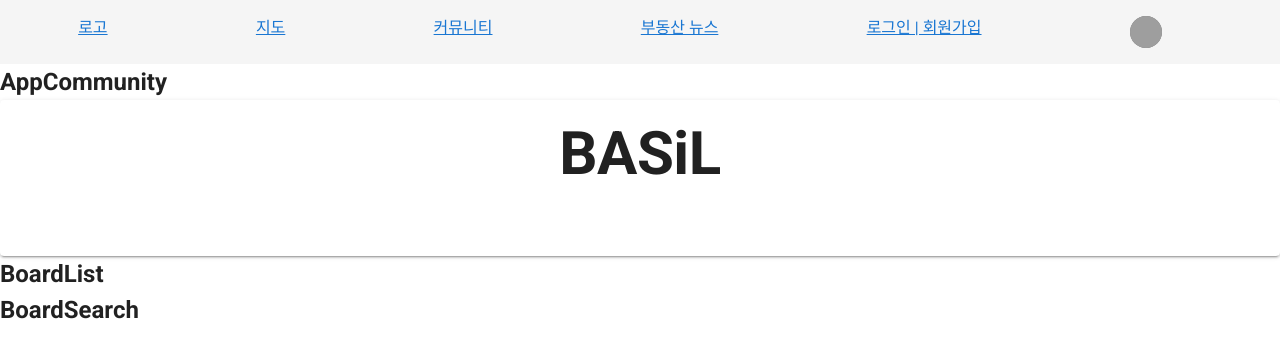
Repository: misso88/vue-whereIsMyHome
Page: /community
These files come from the project's save history. The page is drawn as it stood at one moment and after the next save; the edit follows.
The browser window is 1280 px wide. The pictures show the whole page.
The project was rebuilt for these pictures with package versions that can differ from the ones it lists, and the page was loaded fresh each time. Also part of the build but not shown: vue.config.js, src/views/AppMain.vue, src/components/house/sidebar/HouseListItem.vue, src/components/house/sidebar/HouseList.vue, src/components/house/sidebar/HouseListFilter.vue, src/components/house/sidebar/HouseSidebar.vue, src/components/house/map/HouseMapFilter.vue, src/components/house/map/HouseMap.vue and 2 more.

Above is the page before, as saved 2022-11-16 10:35:57.

### public/index.html
<!DOCTYPE html>
<html lang="en">
  <head>
    <meta charset="utf-8" />
    <meta http-equiv="X-UA-Compatible" content="IE=edge" />
    <meta name="viewport" content="width=device-width,initial-scale=1.0" />
    <link rel="icon" href="<%= BASE_URL %>favicon.ico" />
    <title><%= htmlWebpackPlugin.options.title %></title>
    <link
      rel="stylesheet"
      href="https://fonts.googleapis.com/css?family=Roboto:100,300,400,500,700,900"
    />
    <link
      rel="stylesheet"
      href="https://cdn.jsdelivr.net/npm/@mdi/font@latest/css/materialdesignicons.min.css"
    />
    <link
      rel="stylesheet"
      href="https://fonts.googleapis.com/css?family=Roboto:100,300,400,500,700,900"
    />
    <link
      rel="stylesheet"
      href="https://cdn.jsdelivr.net/npm/@mdi/font@latest/css/materialdesignicons.min.css"
    />
    <!-- <style>
      html{
        overflow-y: hidden !important;
      }
    </style> -->
  </head>
  <body>
    <noscript>
      <strong
        >We're sorry but <%= htmlWebpackPlugin.options.title %> doesn't work properly without
        JavaScript enabled. Please enable it to continue.</strong
      >
    </noscript>
    <div id="app"></div>
    <!-- built files will be auto injected -->
  </body>
</html>

### src/App.vue
<template>
  <v-app>
    <v-app-bar app elevation="0" absolute clipped-left>
      <the-header></the-header>
    </v-app-bar>
    <v-main>
      <router-view></router-view>
    </v-main>
  </v-app>
</template>

<script>
import TheHeader from "@/components/layout/TheHeader";

export default {
  name: "App",
  components: {
    TheHeader,
  },
};
</script>

### src/router/index.js
import Vue from 'vue'
import VueRouter from 'vue-router'

import AppMain from '@/views/AppMain'
import AppHouse from '@/views/AppHouse'
// import AppCommunity from '@/views/AppCommunity'
import AppNews from '@/views/AppNews'
// import AppMember from '@/views/AppMember'


Vue.use(VueRouter)

const routes = [
  {
    path: '/',
    name: 'main',
    component: AppMain
  },
  {
    path: '/map',
    name: 'map',
    component: AppHouse
  },
  {
    path: '/community',
    name: 'community',
    component: () => import("@/views/AppCommunity"),
    redirect: "/community/list",
    children: [
      {
        path: "list",
        name: "boardlist",
        component: () => import("@/components/board/BoardList")
      },
    ]
  },
  {
    path: '/news',
    name: 'news',
    component: AppNews
  },
  {
    path: '/member',
    name: 'member',
    component: () => import("@/views/AppMember"),
    children: [
      {
        path: "login",
        name: "login",
        component: () => import("@/components/member/MemberLogin")
      },
      {
        path: "join",
        name: "join",
        component: () => import("@/components/member/MemberJoin")
      },
    ]
  },
  {
    path: "/profile",
    name: "profile",
    component: () => import("@/views/TempProfile"),
    children: [
      {
        path: "mypage",
        name: "mypage",
        component: () => import("@/components/profile/ProfileMypage")
      },
      {
        path: "wishlist",
        name: "wishlist",
        component: () => import("@/components/profile/ProfileWishlist")
      },
      {
        path: "notice",
        name: "notice",
        component: () => import("@/components/profile/ProfileNotice")
      },
      {
        path: "helpcenter",
        name: "helpcenter",
        component: () => import("@/components/profile/ProfileHelpcenter")
      },
    ]
  },
]

const router = new VueRouter({
  mode: 'history',
  base: process.env.BASE_URL,
  routes
})

export default router

### src/store/index.js
import Vue from 'vue'
import Vuex from 'vuex'
import createPersistedState from "vuex-persistedstate";

Vue.use(Vuex)

export default new Vuex.Store({
  state: {
    type: null,
  },
  getters: {
  },
  mutations: {
    SET_TYPE (state, type) {
      state.type = type;
    },
  },
  actions: {
  },
  modules: {},
  plugins: [
    createPersistedState({
      // 브라우저 종료시 제거하기 위해 localStorage가 아닌 sessionStorage로 변경. (default: localStorage)
      storage: sessionStorage,
    }),
  ],

})

### src/components/layout/TheHeader.vue
<template>
  <v-row  class="d-flex justify-space-around">
    <router-link
      v-for="item in header" :key="item.name"
      :to="{ name: item.name}" > {{ item.title }}</router-link>
    <!-- 프로필 -->
     <v-avatar
          class="mr-10"
          color="grey darken-1"
          size="32"
        >
      <v-menu offset-y>
      <template v-slot:activator="{ on, attrs }">
        <v-btn
          color="grey"
          v-bind="attrs"
          v-on="on"
        >
          <!-- 프로필 이미지 -->
        </v-btn>
      </template>
      <v-list>
        <v-list-item
          v-for="(item, index) in profile"
          :key="index"
        >
          <router-link :to="{ name: item.name}" > {{ item.title }}</router-link>
        </v-list-item>
      </v-list>
    </v-menu>
    </v-avatar>
  </v-row>
</template>

<script>
export default {
    name: "TheHeader",
    data() {
        return {
          header: [],
          profile: []
        };
    },
    created() {
      this.header = [
        {
          name: "main",
          title: "로고"
        },
        {
          name: "map",
          title: "지도"
        },
        {
          name: "community",
          title: "커뮤니티"
        },
        {
          name: "news",
          title: "부동산 뉴스"
        },
        {
          name: "login",
          title: "로그인 | 회원가입"
        },
      ],
      this.profile = [
        {
          name: "mypage",
          title: "내정보"
        },
        {
          name: "wishlist",
          title: "찜 목록"
        },
        {
          name: "notice",
          title: "공지사항"
        },
        {
          name: "helpcenter",
          title: "고객센터"
        },
        {
          name: "mypage",
          title: "로그아웃"
        },
      ]
    }
}
</script>

<style>

</style>

### src/views/AppCommunity.vue
<template>
  <div>
    <h2>AppCommunity</h2>
    <board-header></board-header>
    <router-view></router-view>
  </div>

</template>

<script>
import BoardHeader from "@/components/board/BoardHeader";

export default {
  name: "AppCommunity",
  components: {
    BoardHeader,
  },
};
</script>

<style>

</style>

### src/components/board/BoardList.vue
<template>
  <div>
    <h2>BoardList</h2>
    <board-search></board-search>
    <div>{{ type }}</div>
  </div>
</template>

<script>
import BoardSearch from "@/components/board/BoardSearch";
export default {
    name: "BoardList",
    data() {
        return {
            type: 0
        }
    },
    created() {
        console.log("created");
        this.type = this.$store.state.type;
        console.log(this.type);
    },
    components: {
        BoardSearch
    }
}
</script>

<style>

</style>

### src/components/board/BoardHeader.vue
<template>
  <!-- <div>
    <h2>BoardHeader</h2>
    <button @click="a('1')">정보 공유</button>
    <button @click="a('2')">우리 동네</button>
  </div> -->
  <v-card color="basil">
    <v-card-title class="text-center justify-center py-6">
      <h1 class="font-weight-bold text-h2 basil--text">
        BASiL
      </h1>
    </v-card-title>

    <v-tabs
      v-model="tab"
      background-color="transparent"
      color="basil"
      grow
    >
      <v-tab
        v-for="item in items"
        :key="item"
      >
        {{ item }}
      </v-tab>
    </v-tabs>

    <v-tabs-items v-model="tab">
      <v-tab-item
        v-for="item in items"
        :key="item"
      >
        <v-card
          color="basil"
          flat
        >
          <v-card-text>{{ text }}</v-card-text>
        </v-card>
      </v-tab-item>
    </v-tabs-items>
  </v-card>
</template>

<script>
export default {
    name: "BoardHeader",
    data () {
      return {
        tab: null,
        tabs: [
          {
            type: 1,
            title: "정보 공유"
          },
          {
            type: 2,
            title: "우리 동네"
          },
        ],
        text: 'Lorem ipsum dolor sit amet, consectetur adipiscing elit, sed do eiusmod tempor incididunt ut labore et dolore magna aliqua. Ut enim ad minim veniam, quis nostrud exercitation ullamco laboris nisi ut aliquip ex ea commodo consequat.',
      }
    },
    methods: {
        a(type){
            this.$store.commit("SET_TYPE", type);
            this.$router.go({
                name: "boardlist",
            });
        }
    },
};
</script>

<style>

</style>

### src/components/board/BoardSearch.vue
<template>
  <div>
    <h2>BoardSearch</h2>
  </div>
</template>

<script>
export default {

}
</script>

<style>

</style>

Loaded but not shown: src/main.js (common file); src/plugins/vuetify.js (common file)

After the next save:
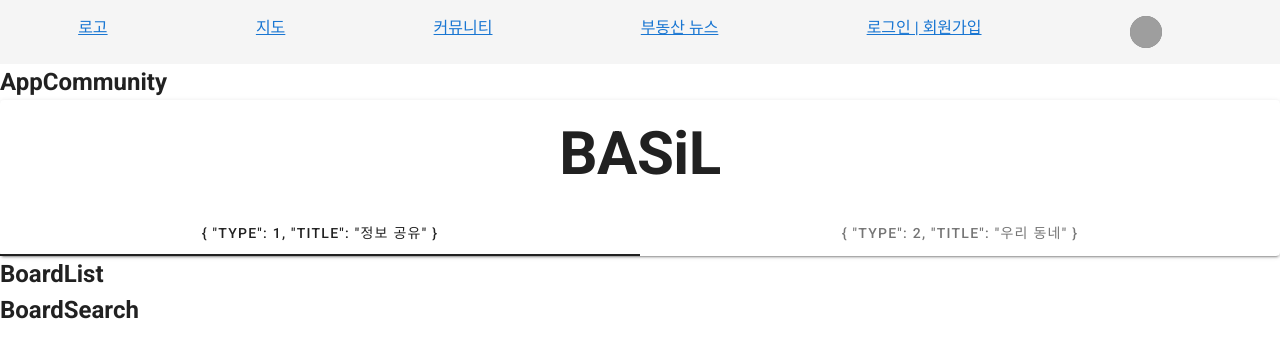
Saved 23 s later.
--- a/src/components/board/BoardHeader.vue
+++ b/src/components/board/BoardHeader.vue
@@ -18,7 +18,7 @@
       grow
     >
       <v-tab
-        v-for="item in items"
+        v-for="item in tabs"
         :key="item"
       >
         {{ item }}
